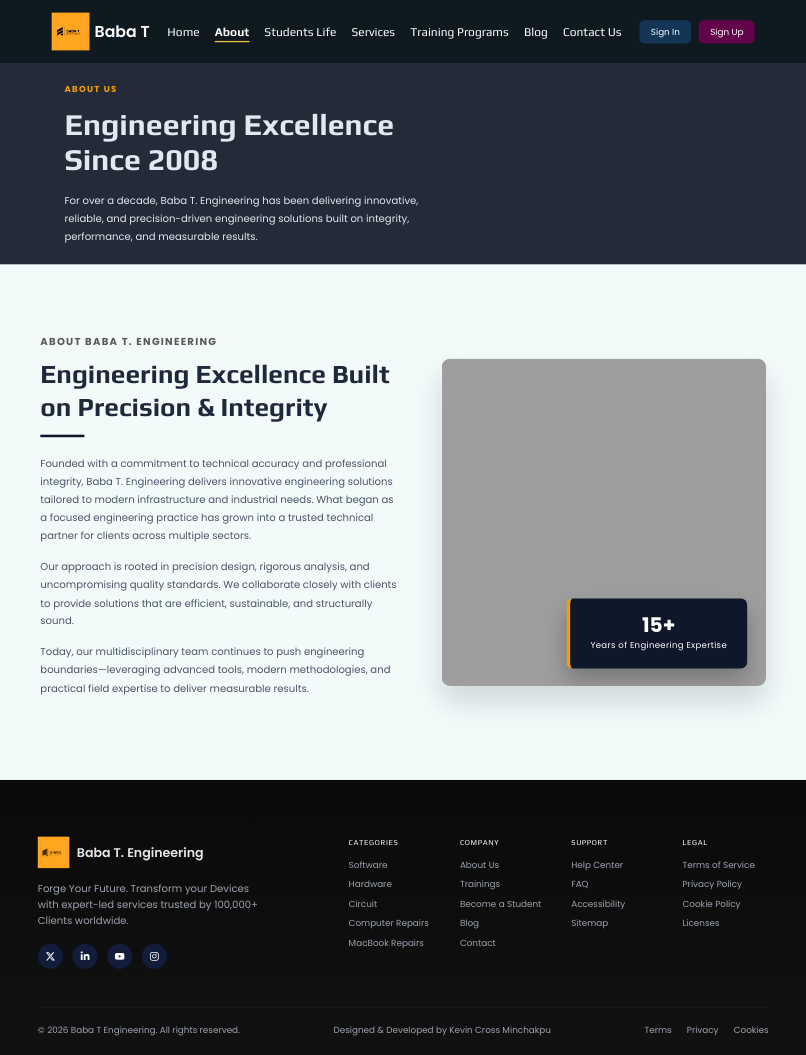
Repository: KC-Minchakpu/babatunde
Page: /about
An editor plug-in stored every save of this project. The page is shown before and after the next save, followed by the edit.
The browser window is 1280 px wide. The pictures show the whole page, at 63% of full size.
Pictures or frames that could not be fetched are drawn as grey boxes. The project was rebuilt for these pictures with package versions that can differ from the ones it lists, and the page was loaded fresh each time. The framework's server and built-in components were replaced by stand-ins that run in the browser. Also part of the build but not shown: next.config.ts.

Above is the page before, as saved 2026-02-21 09:53:14.

### src/app/layout.tsx
import type { Metadata } from "next";
import { Play, Poppins } from "next/font/google";
import "./globals.css";
import Header from "@/components/Header/Header";
import Footer from "@/components/Footer/Footer";

const play = Play({
  variable: "--font-play",
  subsets: ["latin"],
  weight: ["400", "700"],
});

const poppins = Poppins({
  variable: "--font-poppins",
  subsets: ["latin"],
  weight: ["400", "500", "600", "700"],
});

export const metadata: Metadata = {
  title: "Baba T Engineering",
  description: "Official web app of Baba T Engineering, a leading engineering company specializing in innovative solutions and cutting-edge technology.",
};

export default function RootLayout({
  children,
}: Readonly<{
  children: React.ReactNode;
}>) {
  return (
    <html lang="en">
      <body
        className={`${play.variable} ${poppins.variable} antialiased`}
      >
        <Header />
        {children}
        <Footer />
      </body>
    </html>
  );
}

### src/app/about/page.tsx
import AboutSection from "@/components/About/AboutSection";
import AboutHero from "@/components/About/AboutHero";


export default function OurTeamPage() {
  return (
    <>
      <AboutHero />
      <AboutSection />

    </>
  )}

### src/app/globals.css
@import "tailwindcss";

:root {
  --background: #f2fafa;
  --foreground: #1f1e1e;
}

body {
  background: var(--background);
  color: var(--foreground);
  font-family: var(--font-poppins);
}

h1, h2, h3, h4, h5, h6 {
  font-family: var(--font-play);
}

h1 {
  color: red;
  font-size: 35px;
}

### src/components/Header/Header.tsx
"use client";

import Link from "next/link";
import Image from "next/image";
import styles from "./Header.module.css";
import { useState } from "react";
import { usePathname } from "next/navigation";

const Header = () => {
  const [isOpen, setIsOpen] = useState(false);
  const pathname = usePathname();

  const isActive = (path: string) => pathname === path;
  const isAboutActive = () => pathname.startsWith("/about");

  return (
    <header className={styles.header}>
      <div className={styles.container}>
        {/* Logo */}
        <div className={styles.logo}>
          <Link href="/">
            <Image
              src="/images/logo23.png"
              alt="Baba T Logo"
              width={60}
              height={60}
            />
          </Link>
          <span className={styles.logoText}>Baba T</span>
        </div>

        {/* Navigation */}
        <nav className={styles.nav}>
          <Link
            href="/"
            className={isActive("/") ? styles.active : ""}
          >
            Home
          </Link>

          <div
            className={styles.dropdown}
            onMouseEnter={() => setIsOpen(true)}
            onMouseLeave={() => setIsOpen(false)}
          >
            <Link
              href="/about"
              className={`${styles.dropdownToggle} ${
                isAboutActive() ? styles.active : ""
              }`}
            >
              About
            </Link>

            {isOpen && (
              <div className={styles.dropdownMenu}>
                <Link href="/about/history" className={isActive("/about/history") ? styles.active : ""}>
                  Our History
                </Link>
                <Link
                  href="/about/team"
                  className={
                    isActive("/about/team") ? styles.active : ""
                  }
                >
                  Our Team
                </Link>
                <Link href="/about" className={isActive("/about/mission") ? styles.active : ""}>
                  Mission & Vision
                </Link>
                <Link href="/about" className={isActive("/about/values") ? styles.active : ""}>
                  Core Values
                </Link>
                <Link href="/about/careers" className={isActive("/about/careers") ? styles.active : ""}>
                  Careers
                </Link>
              </div>
            )}
          </div>

          <Link
            href="/students-life"
            className={
              isActive("/students-life") ? styles.active : ""
            }
          >
            Students Life
          </Link>

          <Link
            href="/services"
            className={isActive("/services") ? styles.active : ""}
          >
            Services
          </Link>

          <Link
            href="/training-programs"
            className={
              isActive("/training-programs") ? styles.active : ""
            }
          >
            Training Programs
          </Link>

          <Link
            href="/blog"
            className={isActive("/blog") ? styles.active : ""}
          >
            Blog
          </Link>

          <Link
            href="/contact"
            className={isActive("/contact") ? styles.active : ""}
          >
            Contact Us
          </Link>
        </nav>

        {/* Auth Buttons */}
        <div className={styles.actions}>
          <button className={styles.signIn}>Sign In</button>
          <button className={styles.signUp}>Sign Up</button>
        </div>
      </div>
    </header>
  );
};

export default Header;

### src/components/Footer/Footer.tsx
"use client";

import Image from "next/image";
import styles from "./Footer.module.css";
import {
  FaXTwitter,
  FaLinkedinIn,
  FaYoutube,
  FaInstagram
} from "react-icons/fa6";

export default function Footer() {
  return (
    <footer className={styles.footer}>
      <div className={styles.container}>
        <div className={styles.topSection}>

          {/* LEFT BRAND AREA */}
          <div className={styles.brand}>
            <div className={styles.logo}>
              <Image
                src="/images/logo23.png"
                alt="Baba T Logo"
                width={50}
                height={50}
              />
              <span>Baba T. Engineering</span>
            </div>

            <p>
              Forge Your Future. Transform your Devices with expert-led services
              trusted by 100,000+ Clients worldwide.
            </p>

            {/* SOCIAL ICONS */}
            <div className={styles.socials}>
              <a href="#" aria-label="Twitter">
                <FaXTwitter />
              </a>
              <a href="#" aria-label="LinkedIn">
                <FaLinkedinIn />
              </a>
              <a href="#" aria-label="YouTube">
                <FaYoutube />
              </a>
              <a href="#" aria-label="Instagram">
                <FaInstagram />
              </a>
            </div>
          </div>

          {/* LINKS GRID */}
          <div className={styles.linksGrid}>
            <div>
              <h4>CATEGORIES</h4>
              <a>Software</a>
              <a>Hardware</a>
              <a>Circuit</a>
              <a>Computer Repairs</a>
              <a>MacBook Repairs</a>
            </div>

            <div>
              <h4>COMPANY</h4>
              <a>About Us</a>
              <a>Trainings</a>
              <a>Become a Student</a>
              <a>Blog</a>
              <a>Contact</a>
            </div>

            <div>
              <h4>SUPPORT</h4>
              <a>Help Center</a>
              <a>FAQ</a>
              <a>Accessibility</a>
              <a>Sitemap</a>
            </div>

            <div>
              <h4>LEGAL</h4>
              <a>Terms of Service</a>
              <a>Privacy Policy</a>
              <a>Cookie Policy</a>
              <a>Licenses</a>
            </div>
          </div>
        </div>

        <div className={styles.divider}></div>

        <div className={styles.bottomBar}>
          <p>© 2026 Baba T Engineering. All rights reserved.</p>
          <p>Designed & Developed by Kevin Cross Minchakpu</p>

          <div className={styles.bottomLinks}>
            <a>Terms</a>
            <a>Privacy</a>
            <a>Cookies</a>
          </div>
        </div>
      </div>
    </footer>
  );
}

### src/components/About/AboutSection.tsx
// components/AboutSection.tsx
import Image from "next/image";
import styles from "./AboutSection.module.css";

const AboutSection = () => {
  return (
    <section className={styles.section}>
      <div className={styles.container}>
        {/* LEFT CONTENT */}
        <div className={styles.content}>
          <span className={styles.kicker}>ABOUT BABA T. ENGINEERING</span>

          <h2 className={styles.heading}>
            Engineering Excellence Built on Precision & Integrity
          </h2>

          <div className={styles.divider}></div>

          <p>
            Founded with a commitment to technical accuracy and professional
            integrity, Baba T. Engineering delivers innovative engineering
            solutions tailored to modern infrastructure and industrial needs.
            What began as a focused engineering practice has grown into a
            trusted technical partner for clients across multiple sectors.
          </p>

          <p>
            Our approach is rooted in precision design, rigorous analysis,
            and uncompromising quality standards. We collaborate closely with
            clients to provide solutions that are efficient, sustainable,
            and structurally sound.
          </p>

          <p>
            Today, our multidisciplinary team continues to push engineering
            boundaries—leveraging advanced tools, modern methodologies,
            and practical field expertise to deliver measurable results.
          </p>
        </div>

        {/* RIGHT IMAGE */}
        <div className={styles.imageWrapper}>
          <Image
            src="/images/circuit.jpg"
            alt="Circuit Board"
            fill
            className={styles.image}
            priority
          />

          <div className={styles.badge}>
            <span className={styles.badgeNumber}>15+</span>
            <span className={styles.badgeText}>Years of Engineering Expertise</span>
          </div>
        </div>
      </div>
    </section>
  );
};

export default AboutSection;

### src/components/About/AboutHero.tsx
// components/AboutHero.tsx
import styles from "./AboutHero.module.css";

const AboutHero = () => {
  return (
    <section className={styles.hero}>
          {/* Dark Overlay */}
      <div className={styles.overlay}></div>

      {/* Content */}
      <div className={styles.content}>
        <span className={styles.kicker}>ABOUT US</span>

        <h1 className={styles.heading}>
          Engineering Excellence <br /> Since 2008
        </h1>

        <p className={styles.description}>
          For over a decade, Baba T. Engineering has been delivering
          innovative, reliable, and precision-driven engineering solutions
          built on integrity, performance, and measurable results.
        </p>
      </div>
    </section>
  );
};

export default AboutHero;

### src/components/Header/Header.module.css
.header {
  width: 100%;
  height: 100px;
  background: #0F1A20;
  padding: 20px;
  position: sticky;
  top: 0;
  z-index: 1000;
}

.container {
  width: 90%;
  margin: 0 auto;
  display: flex;
  align-items: center;
  justify-content: space-between;
}

/* Logo */
.logo {
  display: flex;
  align-items: center;
  gap: 8px;
  cursor: pointer;
}

.logoCircle {
  width: 40px;
  height: 40px;
  border-radius: 50%;
  background: linear-gradient(135deg, #8e2de2, #4a00e0);
  display: flex;
  align-items: center;
  justify-content: center;
  color: white;
  font-weight: bold;
}

.logoText {
  font-size: 25px;
  font-weight: 600;
  color: #ffffff;
  font-family: "Poppins", sans-serif;
}

/* Nav */
.nav {
  display: flex;
  align-items: center;
  gap: 24px;
  font-family: 'Play', sans-serif;

}

.nav a,
.dropdownToggle {
  color: #ffffff;
  text-decoration: none;
  font-size: 19px;
  cursor: pointer;
  position: relative;
  transition: color 0.3s ease;
}

.nav a:hover,
.dropdownToggle:hover {
  color: #FFD23F;
}

/* Dropdown */
.dropdown {
  position: relative;
}

.dropdownMenu {
  position: absolute;
  width: 250px;
  top: 35px;
  left: 0;
  background: #0F1A20;
  border-radius: 8px;
  padding: 10px 0;
  min-width: 180px;
  box-shadow: 0 10px 25px rgba(0, 0, 0, 0.15);
  display: flex;
  flex-direction: column;
}

.dropdownMenu a {
  padding: 10px 16px;
  color: #ffffff;
  font-size: 19px;
  text-decoration: none;
  transition: background 0.2s ease;
}

.dropdownMenu a:hover {
  color: #FFD23F;
}

/* Buttons */
.actions {
  display: flex;
  gap: 12px;
}

.signIn {
  padding: 8px 18px;
  border-radius: 8px;
  border: none;
  cursor: pointer;
  color: white;
  background: #143458;
  font-size: 14px;
}

.signUp {
  padding: 8px 18px;
  border-radius: 8px;
  border: none;
  cursor: pointer;
  color: white;
  background: #63054b;
  font-size: 14px;
}

/* Responsive */
@media (max-width: 1024px) {
  .nav {
    display: none;
  }
}

.active {
  color: #f1b32b;
  font-weight: 600;
  position: relative;
}

.active::after {
  content: "";
  position: absolute;
  left: 0;
  bottom: -6px;
  width: 100%;
  height: 2px;
  background-color: #e9c03a;
}

### src/components/Footer/Footer.module.css
.footer {
  background: linear-gradient(
    180deg,
    #0a0a0a,
    #111111
  );
  color: #e5e7eb;
  padding: 90px 0 30px;
}

.container {
  max-width: 1200px;
  margin: 0 auto;
  padding: 0 20px;
}

/* TOP SECTION */
.topSection {
  display: flex;
  justify-content: space-between;
  gap: 60px;
}

/* BRAND */
.brand {
  flex: 1.3;
}

.logo {
  display: flex;
  align-items: center;
  gap: 12px;
  font-weight: 600;
  font-size: 20px;
  margin-bottom: 20px;
}

.logoBox {
  width: 34px;
  height: 34px;
  border-radius: 10px;
  background: linear-gradient(135deg, #14b8a6, #f97316);
}

.brand p {
  color: #9ca3af;
  line-height: 1.6;
  margin-bottom: 24px;
  max-width: 350px;
}

/* =========================
   SOCIAL ICONS
========================= */
.socials {
  display: flex;
  gap: 15px;
  margin-top: 20px;
}

.socials a {
  width: 40px;
  height: 40px;
  background: #121c3b;
  border-radius: 50%;
  display: flex;
  align-items: center;
  justify-content: center;
  color: #ffffff;
  font-size: 16px;
  transition: all 0.3s ease;
}

.socials a:hover {
  background: #f8af28;
  transform: translateY(-4px);
}


/* LINKS GRID */
.linksGrid {
  flex: 2;
  display: grid;
  grid-template-columns: repeat(4, 1fr);
  gap: 40px;
}

.linksGrid h4 {
  font-size: 12px;
  letter-spacing: 1px;
  margin-bottom: 16px;
  color: #ffffff;
}

.linksGrid a {
  display: block;
  font-size: 14px;
  color: #9ca3af;
  margin-bottom: 10px;
  cursor: pointer;
  transition: color 0.3s ease;
}

.linksGrid a:hover {
  color: #ffffff;
}

/* DIVIDER */
.divider {
  height: 1px;
  background: rgba(255, 255, 255, 0.08);
  margin: 60px 0 25px;
}

/* BOTTOM BAR */
.bottomBar {
  display: flex;
  justify-content: space-between;
  align-items: center;
  font-size: 14px;
  color: #9ca3af;
}

.bottomLinks {
  display: flex;
  gap: 24px;
}

.bottomLinks a {
  cursor: pointer;
  transition: color 0.3s ease;
}

.bottomLinks a:hover {
  color: white;
}

/* RESPONSIVE */
@media (max-width: 1024px) {
  .topSection {
    flex-direction: column;
    gap: 50px;
  }

  .linksGrid {
    grid-template-columns: repeat(2, 1fr);
  }

  .bottomBar {
    flex-direction: column;
    gap: 15px;
    text-align: center;
  }
}

@media (max-width: 600px) {
  .linksGrid {
    grid-template-columns: 1fr;
  }
}

### src/components/About/AboutSection.module.css
.section {
  padding: 110px 0;
   background: linear-gradient(
      to right,
      rgba(248, 250, 252, 0.95),
      rgba(248, 250, 252, 0.8)
    ),
}

.container {
  width: 90%;
  max-width: 1200px;
  margin: 0 auto;

  display: grid;
  grid-template-columns: 1.1fr 1fr;
  gap: 70px;
  align-items: center;
}

/* LEFT CONTENT */

.content {
  color: #1e293b; /* slate tone */
}

.kicker {
  font-size: 1rem;
  letter-spacing: 2px;
  font-weight: 700;
  color: #5a5957;
  text-transform: uppercase;
  margin-bottom: 14px;
  display: inline-block;
}

.heading {
  font-size: 2.6rem;
  font-weight: 800;
  line-height: 1.25;
  margin-bottom: 18px;
}

.divider {
  width: 70px;
  height: 4px;
  background-color: #0f172a; /* deep engineering blue */
  margin-bottom: 28px;
}

.content p {
  font-size: 1rem;
  line-height: 1.8;
  margin-bottom: 20px;
  color: #475569;
}

/* RIGHT IMAGE */

.imageWrapper {
  position: relative;
  width: 100%;
  height: 520px;
  border-radius: 14px; /* sharper than law version */
  overflow: hidden;
  box-shadow: 0 25px 45px rgba(15, 23, 42, 0.15);
}

.image {
  object-fit: cover;
}

/* BADGE – redesigned as technical stat block */

.badge {
  position: absolute;
  bottom: 28px;
  right: 30px;

  background-color: #0f172a;
  color: white;

  padding: 26px 32px;
  border-radius: 10px;

  display: flex;
  flex-direction: column;
  align-items: center;

  border-left: 6px solid #f59e0b;
  box-shadow: 0 18px 35px rgba(0, 0, 0, 0.25);
}

.badgeNumber {
  font-size: 2rem;
  font-weight: 800;
  line-height: 1;
}

.badgeText {
  font-size: 0.85rem;
  margin-top: 6px;
  text-align: center;
  letter-spacing: 0.5px;
}

/* RESPONSIVE */

@media (max-width: 992px) {
  .container {
    grid-template-columns: 1fr;
    gap: 60px;
  }

  .imageWrapper {
    height: 420px;
  }
}

@media (max-width: 600px) {
  .section {
    padding: 80px 0;
  }

  .heading {
    font-size: 2rem;
  }

  .imageWrapper {
    height: 320px;
  }

  .badge {
    right: 20px;
    padding: 18px 22px;
  }

  .badgeNumber {
    font-size: 1.6rem;
  }
}

### src/components/About/AboutHero.module.css
.hero {
  position: relative;
  height: 320px;
  display: flex;
  align-items: center;
  padding: 0 8%;
  overflow: hidden;
  color: white;
}

/* Dark blue engineering overlay */
.overlay {
  position: absolute;
  inset: 0;
  background: #242a38;
  z-index: 1;
}

/* Content */
.content {
  position: relative;
  z-index: 2;
  max-width: 750px;
}

.kicker {
  font-size: 0.85rem;
  font-weight: 700;
  letter-spacing: 2px;
  color: #f59e0b; /* engineering amber */
  text-transform: uppercase;
  margin-bottom: 18px;
  display: inline-block;
}

.heading {
  font-size: 3rem;
  font-weight: 800;
  line-height: 1.15;
  margin-bottom: 24px;
  color: #e2e8f0;
}

.description {
  font-size: 1rem;
  line-height: 1.8;
  color: #e2e8f0;
  max-width: 600px;
}

/* Responsive */

@media (max-width: 992px) {
  .hero {
    height: 480px;
    padding: 0 6%;
  }

  .heading {
    font-size: 2.6rem;
  }
}

@media (max-width: 600px) {
  .hero {
    height: 420px;
    padding: 0 5%;
  }

  .heading {
    font-size: 2rem;
  }

  .description {
    font-size: 1rem;
  }
}

### src/components/Values/Values.tsx
import styles from "./Values.module.css";

export default function Values() {
  return (
    <section className={styles.values}>
      <div className={styles.container}>
        {/* Header */}
        <div className={styles.header}>
          <h2>Our Values</h2>
          <p>These core principles guide everything we do at Baba T Engineering.</p>
        </div>

        {/* Cards */}
        <div className={styles.grid}>
          <div className={styles.card}>
            <div className={`${styles.icon} ${styles.iconGreen}`}>
              👤
            </div>
            <h3>Client First</h3>
            <p>
              Every decision we make starts with a simple question: “How does
              this benefit our Clients?” We’re obsessed with client success.
            </p>
          </div>

          <div className={styles.card}>
            <div className={`${styles.icon} ${styles.iconOrange}`}>
              ✨
            </div>
            <h3>Excellence Always</h3>
            <p>
              We maintain the highest standards for our services, instructors,
              and platform. Good enough is never good enough for us.
            </p>
          </div>

          <div className={styles.card}>
            <div className={`${styles.icon} ${styles.iconTeal}`}>
              🌍
            </div>
            <h3>Accessible to All</h3>
            <p>
              We believe quality services should be available to everyone. We
              work hard to keep services affordable and accessible globally.
            </p>
          </div>
        </div>
      </div>
    </section>
  );
}

### src/components/Values/Values.module.css
.values {
  background: radial-gradient(
      circle at top,
      rgba(255, 255, 255, 0.04),
      transparent 60%
    ),
    #000;
  padding: 100px 0;
  color: #fff;
}

.container {
  max-width: 1200px;
  margin: 0 auto;
  padding: 0 20px;
}

.header {
  text-align: center;
  margin-bottom: 70px;
}

.header h2 {
  font-size: 40px;
  font-weight: 700;
  margin-bottom: 12px;
}

.header p {
  font-size: 16px;
  color: #a1a1aa;
}

/* GRID */
.grid {
  display: grid;
  grid-template-columns: repeat(3, 1fr);
  gap: 30px;
}

/* CARD */
.card {
  background: linear-gradient(
    180deg,
    rgba(255, 255, 255, 0.06),
    rgba(255, 255, 255, 0.02)
  );
  border: 1px solid rgba(255, 255, 255, 0.08);
  border-radius: 16px;
  padding: 32px;
  transition: transform 0.3s ease, box-shadow 0.3s ease;
}

.card:hover {
  transform: translateY(-6px);
  box-shadow: 0 20px 40px rgba(0, 0, 0, 0.6);
}

.card h3 {
  font-size: 20px;
  font-weight: 600;
  margin-bottom: 12px;
}

.card p {
  font-size: 15px;
  line-height: 1.6;
  color: #d4d4d8;
}

/* ICON */
.icon {
  width: 44px;
  height: 44px;
  border-radius: 10px;
  display: flex;
  align-items: center;
  justify-content: center;
  font-size: 20px;
  margin-bottom: 20px;
}

.iconGreen {
  background: rgba(16, 185, 129, 0.15);
  color: #10b981;
}

.iconOrange {
  background: rgba(249, 115, 22, 0.15);
  color: #f97316;
}

.iconTeal {
  background: rgba(20, 184, 166, 0.15);
  color: #14b8a6;
}

/* RESPONSIVE */
@media (max-width: 1024px) {
  .grid {
    grid-template-columns: 1fr;
  }

  .card {
    text-align: left;
  }
}

@media (max-width: 600px) {
  .header h2 {
    font-size: 32px;
  }
}

After the next save:
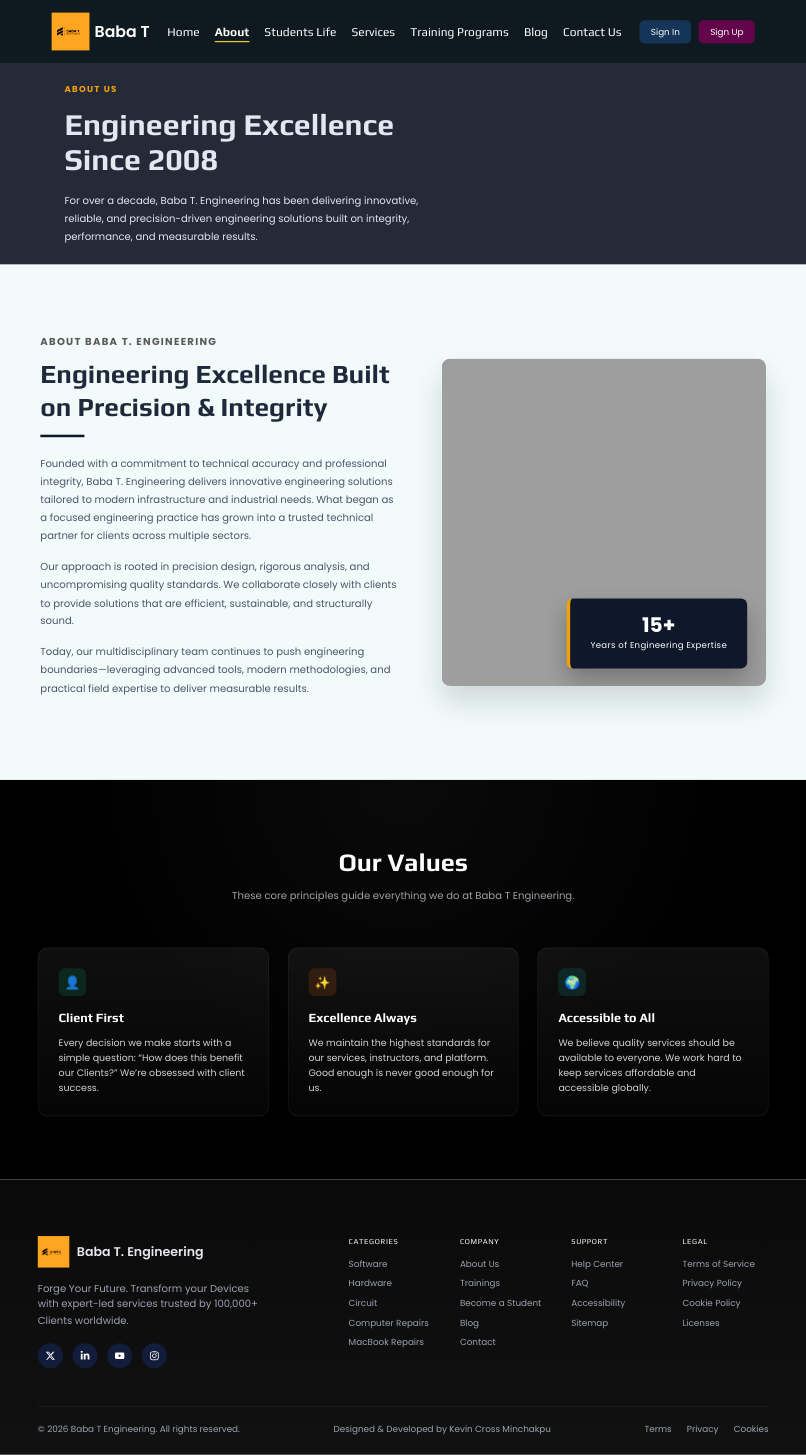
Saved 6 min 2 s later.
--- a/src/app/about/page.tsx
+++ b/src/app/about/page.tsx
@@ -1,5 +1,6 @@
 import AboutSection from "@/components/About/AboutSection";
 import AboutHero from "@/components/About/AboutHero";
+import Values from "@/components/Values/Values";
 
 
 export default function OurTeamPage() {
@@ -7,6 +8,6 @@ export default function OurTeamPage() {
     <>
       <AboutHero />
       <AboutSection />
-
+      <Values />
     </>
   )}
